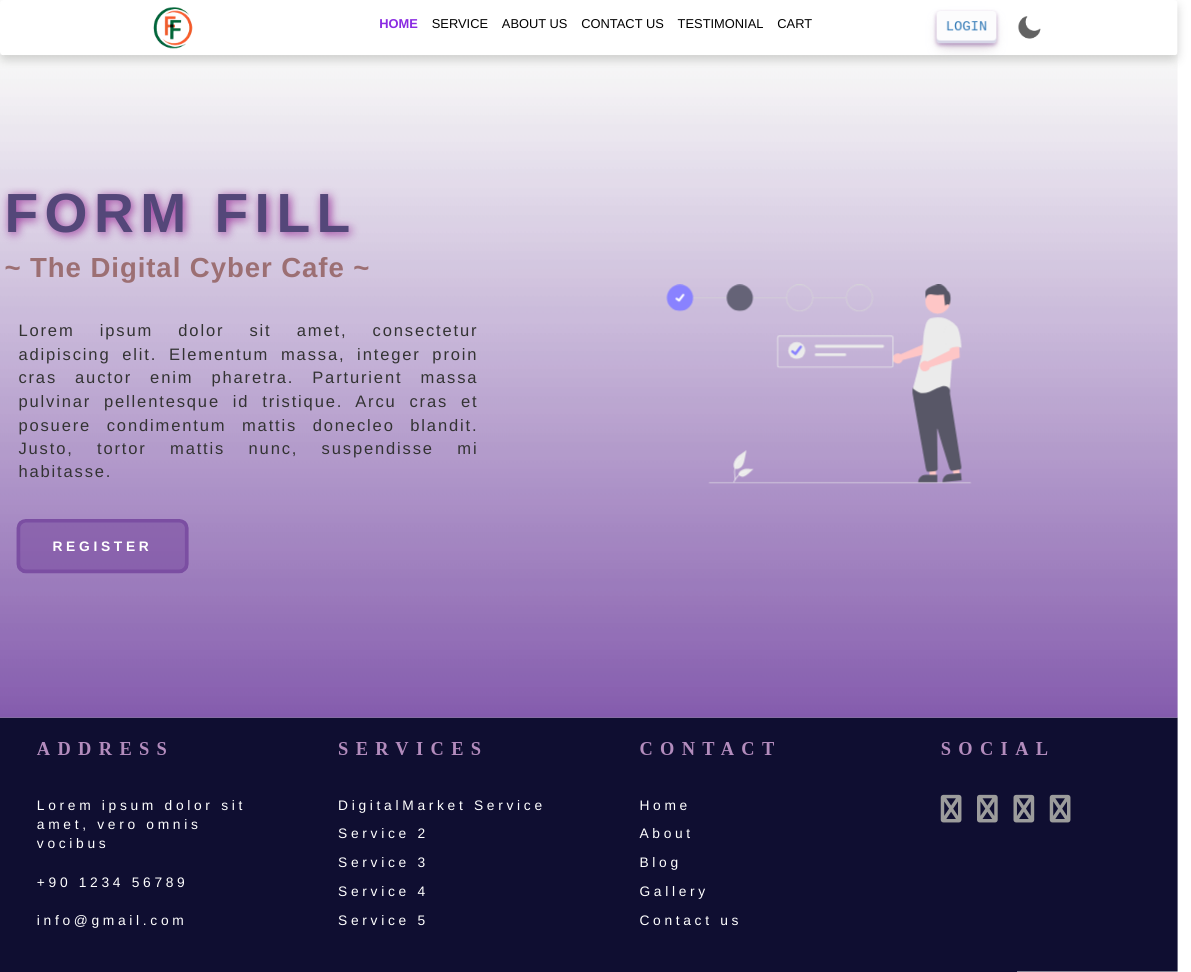
Repository: codervivek5/Formfil
Page: index.html
These files come from the project's save history. The page is drawn as it stood at one moment and after the next save; the edit follows.
The browser window is 1280 px wide. The page is 1295 px wide, so the pictures cover 1295 px, including what lies to the right of the window. The pictures show the whole page, at 92% of full size.
Some web fonts or font styles are not loaded; a fallback is used.

Above is the page before, as saved 2023-03-04 21:14:05.

### index.html
<!DOCTYPE html>
<html lang="en">

<head>
	<meta charset="UTF-8" />
	<meta http-equiv="X-UA-Compatible" content="IE=edge" />
	<meta name="viewport" content="width=device-width, initial-scale=1.0" />
	<title>Home-FormFil</title>
	<link rel="stylesheet" href="style/style.css" />
     <link rel="stylesheet" href="style/theme.css">

	<link rel="stylesheet" href="https://maxcdn.bootstrapcdn.com/bootstrap/3.4.1/css/bootstrap.min.css">
	<script src="https://ajax.googleapis.com/ajax/libs/jquery/3.6.0/jquery.min.js"></script>
     <script src="https://maxcdn.bootstrapcdn.com/bootstrap/3.4.1/js/bootstrap.min.js"></script>

	<link rel="stylesheet" href="https://fonts.googleapis.com/css?family=Trirong" />
	<link rel="icon" type="image/x-icon" href="./img/crop_logo.png" />
	<link rel="stylesheet" href="https://cdnjs.cloudflare.com/ajax/libs/font-awesome/6.2.1/css/all.min.css">
</head>

<body>

    <div class="loader">
          <img class= "imgload" src="img/logo.png"  alt="">
     </div>

     <header class="navbar">
      <a href="index.html"><img class="logo" src="img/logo.png" width="100px" height="100px" /></a>

      <div class="navbar-opt">
        <ul class="navbar-list">
          <li><a href="index.html" class="nav-link active">HOME</a></li>
          <li><a href="pages/service.html" class="nav-link">SERVICE </a></li>
          <li><a href="pages/about_us.html" class="nav-link">ABOUT US </a></li>
          <li><a href="pages/contact-us.html" class="nav-link">CONTACT US </a></li>
          <li><a href="pages/testimonial.html" class="nav-link">TESTIMONIAL</a></li>
          <li><a href="pages/cart.html" class="nav-link">CART</a></li>
        </ul>
      </div>

      <div class="fixed-buttons">
        <button><a href="pages/login.html" class="lgn">LOGIN</a></button>
        <img src="img/moon.png" id="icon">
      </div>

      <div class="mobile-menu">
        <ion-icon name="menu-outline" class="menu-icon"></ion-icon>
        <ion-icon name="close-outline" class="menu-icon"></ion-icon>
      </div>

     </header>

	<div class="main">

		<div class="container">
			<div class="content animated fadeInLeft">
				<h1>FORM FILL</h1>
				<h2>~ The Digital Cyber Cafe ~</h2>
				<p class="para">
					Lorem ipsum dolor sit amet, consectetur adipiscing elit.
          Elementum massa, integer proin cras auctor enim pharetra.
					Parturient massa pulvinar pellentesque id tristique.
          Arcu cras et posuere condimentum mattis donecleo blandit.
          Justo, tortor mattis nunc, suspendisse mi habitasse.
				</p>
				<div class="btn">
					<a href="pages/signup.html"> <button class="btn1 button">REGISTER</button></a>
				</div>
			</div>
			<div class="shipp animated fadeInRight">
				<img src="img/svg.svg" />
        <!-- <img src="img/formfilSvg.svg" /> -->
			</div>
		</div>
	</div>

<!-- footer section -->
<footer>
    <div>
        <div class="row">
            <div class="col-lg-3 col-md-5 col-sm-4 col-xs-12">
                <ul class="adress">
                     <span>Address</span>
                     <li>
                        <p>Lorem ipsum dolor sit amet, vero omnis vocibus</p>
                      </li>

                      <li>
                        <p>+90 1234 56789</p>
                      </li>

                      <li>
                        <p>info@gmail.com</p>
                      </li>
                 </ul>
            </div>
            <div class="col-lg-3 col-md-5 col-sm-4 col-xs-12">
               <ul class="service">
                    <span>Services</span>
                    <li>
                       <a href="#">DigitalMarket Service</a>
                     </li>

                     <li>
                        <a href="#">Service 2</a>
                     </li>

                     <li>
                       <a href="#">Service 3</a>
                     </li>

                     <li>
                        <a href="#">Service 4 </a>
                     </li>

                     <li>
                       <a href="#">Service 5</a>
                    </li>
               </ul>
           </div>
            <div class="col-lg-3 col-md-3 col-sm-4 col-xs-12">
                <ul class="contact">
                     <span>Contact</span>
                     <li>
                        <a href="index.html">Home</a>
                      </li>

                      <li>
                         <a href="pages/about_us.html">About</a>
                      </li>

                      <li>
                        <a href="#">Blog</a>
                      </li>

                      <li>
                         <a href="#">Gallery </a>
                      </li>

                      <li>
                        <a href="pages/contact-us.html">Contact us</a>
                     </li>
                </ul>
            </div>

            <div class="col-lg-3 col-md-3 col-sm-4 col-xs-12">
               <ul class="social">
                    <span>Social</span>
                    <li>
                         <a href="https://www.facebook.com/codervivek"  target="_blank"><i class="fa fa-facebook fa-2x"></i></a>
                    </li>

                    <li>
                         <a href="https://github.com/codervivek5" target="_blank"><i class="fa fa-github fa-2x"></i></a>
                    </li>

                    <li>
                         <a href="https://www.linkedin.com/in/codervivek/" target="_blank"><i class="fa fa-linkedin fa-2x"></i></a>
                    </li>

                    <li>
                         <a href="https://twitter.com/codervivek5" target="_blank"><i class="fa fa-twitter fa-2x"></i></a>
                    </li>

                    <li>
                         <a href="https://www.youtube.com/codervivek" target="_blank"><i class="fa fa-youtube-play fa-2x"></i></a>
                   </li>
                  </ul>
            </div>
       </div>
    </div>
    <button class="back-to-top hidden">
     <svg
     xmlns="http://www.w3.org/2000/svg"
     class="back-to-top-icon"
     fill="none"
     viewBox="0 0 24 24"
     stroke="currentColor"
   >
     <path
       stroke-linecap="round"
       stroke-linejoin="round"
       stroke-width="2"
       d="M7 11l5-5m0 0l5 5m-5-5v12"
     />
   </svg></button>
</footer>


<script>

     // Javascript Code for Dark Mode Switch
	var icon = document.getElementById("icon");
	icon.onclick = function(){
		document.body.classList.toggle("dark-mode");
		if (document.body.classList.contains("dark-mode")){
			icon.src="img/sun.png";
		}
		else {
			icon.src="img/moon.png";
		}
	}
  //javascript for loader
  $(document).ready(function() {
      // Animate loader off screen
   setTimeout(function() {
    $(".loader").fadeOut("slow");
   }, 0);
  });
      // Javascript Code for Scroll to top Button
      const showOnPx = 100;
      const backToTopButton = document.querySelector(".back-to-top")

     const scrollContainer = () => {
       return document.documentElement || document.body;
      };

 document.addEventListener("scroll", () => {
   if (scrollContainer().scrollTop > showOnPx) {
     backToTopButton.classList.remove("hidden")
   } else {
     backToTopButton.classList.add("hidden")
   }
 })
 const goToTop = () => {
   document.body.scrollIntoView({
     behavior: "smooth",
   });
 };
 backToTopButton.addEventListener("click", goToTop);

 const mobile_nav= document.querySelector('.mobile-menu');
const nav_header= document.querySelector(".navbar");

const toggleNav = () =>{
  nav_header.classList.toggle("switchOn");
}

mobile_nav.addEventListener('click', () => toggleNav());

</script>
<script type="module" src="https://unpkg.com/ionicons@5.5.2/dist/ionicons/ionicons.esm.js"></script>
<script nomodule src="https://unpkg.com/ionicons@5.5.2/dist/ionicons/ionicons.js"></script>
</body>
</html>

### style/style.css
@import url('https://fonts.googleapis.com/css2?family=Tilt+Prism&display=swap');

body{
	margin:0;
	padding:0;
	background:black;
font-family: 'Times New Roman', Times, serif;
overflow-x: hidden;
}
.main{
	position: relative;
	height:100%;
	width:100%;
	background-position: center;
	background-repeat: no-repeat;
	background-size: cover;
	opacity: 0.8;

}
.navbar{
    padding: 0 !important;
    padding: 0 3rem;
    height: 6rem;
    display: flex;
    justify-content: space-between;
    align-items: center;
    margin-bottom: 0 !important;
    box-shadow: 0px 5px 10px #48464640 !important;
    z-index: 999;
}

.navbar-opt{
    transition: all 0.5s;
  }

  .navbar-list{
    display: flex;
    gap: 1.5rem;
    list-style: none;
  }

  .fixed-buttons{
    display: flex;
    justify-content: center;
    align-items: center;
    column-gap: 1rem;
  }

  .active{
    font-weight: 700 !important;
  }

  .nav-link:link,
.nav-link:visited {
  display: inline-block;
  text-decoration: none;
  color: black;
}

.mobile-menu{
  display: none;
  background: transparent;
  cursor: pointer;
}

.menu-icon{
  width: 3.2rem;
  height: 3.2rem;
  z-index: 1000;
}

.menu-icon[name="close-outline"]{
  display: none;
}

.fixed-buttons button{
  align-items: center;
  appearance: none;
  background-color: #FCFCFD;
  border-radius: 4px;
  border-width: 0;
  box-shadow: #7b378e7b 0 2px 4px,#c1b6c4a8 0 7px 13px -3px,#D6D6E7 0 -3px 0 inset;
  box-sizing: border-box;
  color: #36395A;
  cursor: pointer;
  display: inline-flex;
  font-family: "JetBrains Mono",monospace;
  height: 3.5rem;
  justify-content: center;
  line-height: 1;
  list-style: none;
  overflow: hidden;
  padding-left: 1rem;
  padding-right: 1rem;
  position: relative;
  text-align: left;
  text-decoration: none;
  transition: box-shadow .15s,transform .15s;
  user-select: none;
  -webkit-user-select: none;
  touch-action: manipulation;
  white-space: nowrap;
  will-change: box-shadow,transform;
  font-size: 1.5rem;
}

.fixed-buttons button:focus {
    box-shadow: #D6D6E7 0 0 0 1.5px inset, rgba(45, 35, 66, 0.4) 0 2px 4px, rgba(45, 35, 66, 0.3) 0 7px 13px -3px, #D6D6E7 0 -3px 0 inset;
  }

  .fixed-buttons button:hover {
    box-shadow: rgba(45, 35, 66, 0.4) 0 4px 8px, rgba(45, 35, 66, 0.3) 0 7px 13px -3px, #D6D6E7 0 -3px 0 inset;
    transform: translateY(-2px);
  }

  .fixed-buttons button:active {
    box-shadow: #D6D6E7 0 3px 7px inset;
    transform: translateY(2px);
  }

@media (max-width:1220px){
    .navbar-list{
      gap: 0.3rem;
    }
  }

  @media (max-width:1030px){
    .mobile-menu{
      display: block;
    }

    .navbar{
      padding: 0 1rem;
      position: relative;
    }

    .navbar-opt{
      width: 100vw;
      height: 100vh;
      background-color: #484646dd;
      position: absolute;
      top: 0;
      left: 0;
      display: flex;
      justify-content: center;
      /* transform: translateY(100%); */
      transition: all 0.5s linear;
      opacity: 0;
      visibility: hidden;
      pointer-events: none;
    }

    .navbar-list{
      flex-direction: column;
      align-items: center;
      justify-content: center;
      font-size: 1.7rem;
      font-weight: 500;
    }

    .switchOn .navbar-opt{
      opacity: 1;
      visibility: visible;
      pointer-events: auto;
    }

    .switchOn .mobile-menu .menu-icon[name="close-outline"]{
      display: block;
    }

    .switchOn .mobile-menu .menu-icon[name="menu-outline"]{
      display: none;
    }

  }

  .nav-link:hover{
    color: grey !important;
  }

    /* ____________________________________________________________________________________________________________ */

.container{
    display: flex;
    justify-content: space-between;
    align-items: center;
    position: relative;
    top: 20vh;
    padding: 0px 25px;
}
.shipp{
  padding-left: 50px;
}
.shipp img{
    width: 60vh;
}
.content{
  display: flex;
  flex-direction: column;
  margin-left: -110px;
}
.content h1{
    color: #2a1958;
    text-shadow: 2px 2px 10px purple;
    font-size: 6rem;
    letter-spacing: 7px;
    margin-top: -5px;
    font-weight: bold;
}
.content h2{
  color: rgba(0, 0, 0, 0.87);
	width:100%;
  font-weight: bold;
  margin-top: -1px;
  letter-spacing: 1px;
}
.content .para{
  color: black;
	width:100%;
  text-align: justify;
  font-size: 18px;
  margin-top: 30px;
  padding-left: 60px;
  letter-spacing: 2px;
  font-weight: 500;

}
.content .btn{
  text-align: left;
  margin-left: 45px;
  margin-top: 20px;
}
.content button{
    padding: 15px 35px;
    border-radius: 10px;
    border: none;
    background-color: rgba(90, 34, 139,0.6) !important;
    border: 4px solid rgba(90, 34, 139);
    color: white !important;
    font-weight: bold !important;
    letter-spacing: 4px;
    font-size: 15px !important;
    transition: transform .2s;
}
.btn1:hover{
  transform: scale(1.15);
  background-color: rgba(90, 34, 139,0.2) !important;
  color: white !important;
}

@media only screen and (max-width: 1300px){
    .shipp img{
      width: 50vw;
      height: 30vh;
  }
  }

  @media only screen and (max-width: 500px){
    .container{
      display: flex;
      flex-direction: column;
      padding: 0 !important;
      margin: 0 !important;
    }
    .content{
      width: 100vw;
      display: flex;
      flex-direction: column;
      justify-content: center;
      align-items: center;
      padding: 0 !important;
      margin: 0 !important;
    }
    .shipp img{
      width: 50vw;
      height: 40vh;
  }
  .content h1{
    font-size: 3rem;
  }
  .content h2{
    font-size: 2rem;
  }
  .content .para{
    font-size: 1.5rem;
  }
  }
/* footer */
footer{
     background-color: #0f0e31;
     padding:20px 0px;
     z-index: 1;
}

footer ul li{
    padding:5px 0px;
}

.adress span , .contact span , .social span, .service span{
   color: #FFF;
   font-weight: 800;
   padding-bottom: 10px;
   margin-bottom: 20px;
   display: block;
   text-transform: uppercase;
   font-size: 20px;
   letter-spacing: 3px;
}

.adress li p , .contact li a , .social li a, .service li a{
    color:#FFF;
    letter-spacing: 2px;
    text-decoration:none;
    font-size:15px;
    font-style: sans-serif;
}

.social li{
    float:left;
}

.adress , .contact , .social , .service{
    list-style: none;
}

.fa{
    color:#9c9c9c;
    margin-right: 15px;
    font-size:24px;
}
.service span{
    letter-spacing: 8px;
    font-family:'Tilt Prism', cursive;
    color:rgb(179,140,189);
}
.contact span{
    letter-spacing: 8px;
    font-family: 'Tilt Prism', cursive;
    color:rgb(179,140,189);

}
.adress span{
    letter-spacing: 8px;
    font-family:'Tilt Prism', cursive;
    color:rgb(179,140,189);
}
.social span{
    letter-spacing: 8px;
    font-family:'Tilt Prism', cursive;
    color:rgb(179,140,189);
}
.service a{
    letter-spacing: 4px !important;
    position: relative;
    transition: all 0.5s ease;
    -webkit-transition: all 0.5s ease;
}
.service a:hover {
    color: rgb(137,130,255) !important;
    transition: all 1s ease;
    -webkit-transition: all 1s ease;
}

 .service a:before, .service a:after {
  content: '';
  position: absolute;
  width: 0%;
  height: 1px;
  bottom: -1px;
  background:rgb(204,214,246);
}

.imgload{
	height: 25%;
	width: 15%;

}
.loader{
    position: fixed;
    z-index: 1;
    top: 0;
    left: 0;
    background: #7b378ec4;
    height: 100%;
    width: 100%;
    display: flex;
    justify-content: center;
    align-items: center;
  }

  .loader.hidden{
    animation: fadeOut 2s forwards;
  }
  @keyframes fadeOut {
    100%{
      opacity: 100%;
      visibility: hidden;
    }
  }



.adress p{
    letter-spacing: 4px !important;
    position: relative;
    transition: all 0.5s ease;
    -webkit-transition: all 0.5s ease;
}
.adress p:hover {
    color: rgb(14, 214, 3) !important;
    transition: all 1s ease;
    -webkit-transition: all 1s ease;
}
.contact a{
    letter-spacing: 4px !important;
    position: relative;
    transition: all 0.5s ease;
    -webkit-transition: all 0.5s ease;
}
.contact a:hover {
    color: rgb(212, 1, 227) !important;
    transition: all 1s ease;
    -webkit-transition: all 1s ease;
}
.social i{
    position: relative;
}
.social i:hover {
    color: rgb(15, 3, 252) !important;
    transition: all 1s ease;
    -webkit-transition: all 1s ease;
}
.back-to-top {
    position: fixed;
    right: 2rem;
    bottom: 2rem;
}
.hidden {
    display: none;
        opacity: 0%;

  }
.back-to-top {
    position: fixed;
    right: 2rem;
    bottom: 2rem;
    border-radius: 100%;
    background: gray;
    padding: 1.5rem;
    border: none;
    cursor: pointer;
    opacity: 100%;
    transition: opacity 0.5s;
  }
  .back-to-top-icon {
    width: 2rem;
    height: 2rem;
    color: white;
  }
  .back-to-top:hover {
    opacity: 60%;
  }

.footerpart{
	text-align: center;
}
.animated {
  -webkit-animation-duration: 5s;
  animation-duration: 5s;
  -webkit-animation-fill-mode: both;
  animation-fill-mode: both;
}

@-webkit-keyframes fadeInLeft {
  0% {
     opacity: 0;
     -webkit-transform: translateX(-100px);
  }
  100% {
     opacity: 1;
     -webkit-transform: translateX(0);
  }
}
.fadeInLeft {
  -webkit-animation-name: fadeInLeft;
  animation-name: fadeInLeft;
}


@-webkit-keyframes fadeInRight {
  0% {
     opacity: 0;
     -webkit-transform: translateX(100px);
  }
  100% {
     opacity: 1;
     -webkit-transform: translateX(0);
  }
}

.fadeInRight {
  -webkit-animation-name: fadeInRight;
  animation-name: fadeInRight;
}



    /* ____________________________________________________________________________________________________________ */

### style/theme.css
:root{
	--color--main: linear-gradient(rgba(244, 245, 243, 0.712),rgb(102, 51, 153));
	--color--footer: rgb(119, 5, 100);
	--color--h1: #2a1958;
	--color--h2: rgba(122, 60, 60, 0.87);
	--color--p: black;
	--color--btn: #2a1958;
	--color--nav: black;
	--color--nav_before:#2a1958;
	--color--customnav: white;
}
.dark-mode{
	--color--main: linear-gradient(#4b075ac4,rgba(28, 1, 41, 0.712));
	--color--footer: rgb(65, 3, 55);
	--color--h1: rgb(255, 255, 255);
	--color--h2: rgb(233, 233, 233);
	--color--p: white;
	--color--btn: #130735;
	--color--nav: rgb(215, 244, 248);
	--color--nav_before:rgb(215, 244, 248);
	--color--customnav: rgb(174, 147, 180);
}
#icon{
	width: 30px;
	cursor: pointer;
	margin: 10px;
}
.main{
	position: relative;
	height:100vh;
	width:100%;
	background:var(--color--main);
	background-position: center;
	background-repeat: no-repeat;
	background-size: cover;
	opacity: 0.8;
}
.navbar{
	background-color: var(--color--customnav);
}

.nav-link{
	color: var(--color--p) !important;
}

.active{
	color: blueviolet !important;
}
.content h1{
    color:var(--color--h1);
margin-left: 8%;
}
.content h2{
    color: var(--color--h2);
    margin-left: 8%;
}
.content .para{
    color: var(--color--p);
}
.content .btn1 {
    background-color: var(--color--btn);
    color:honeydew;

}
.footer{
	background-color:var(--color--footer);
	display: block;
	justify-content: center;
	align-items: center;
	width: 100%;
	height: 40vh;

}

After the next save:
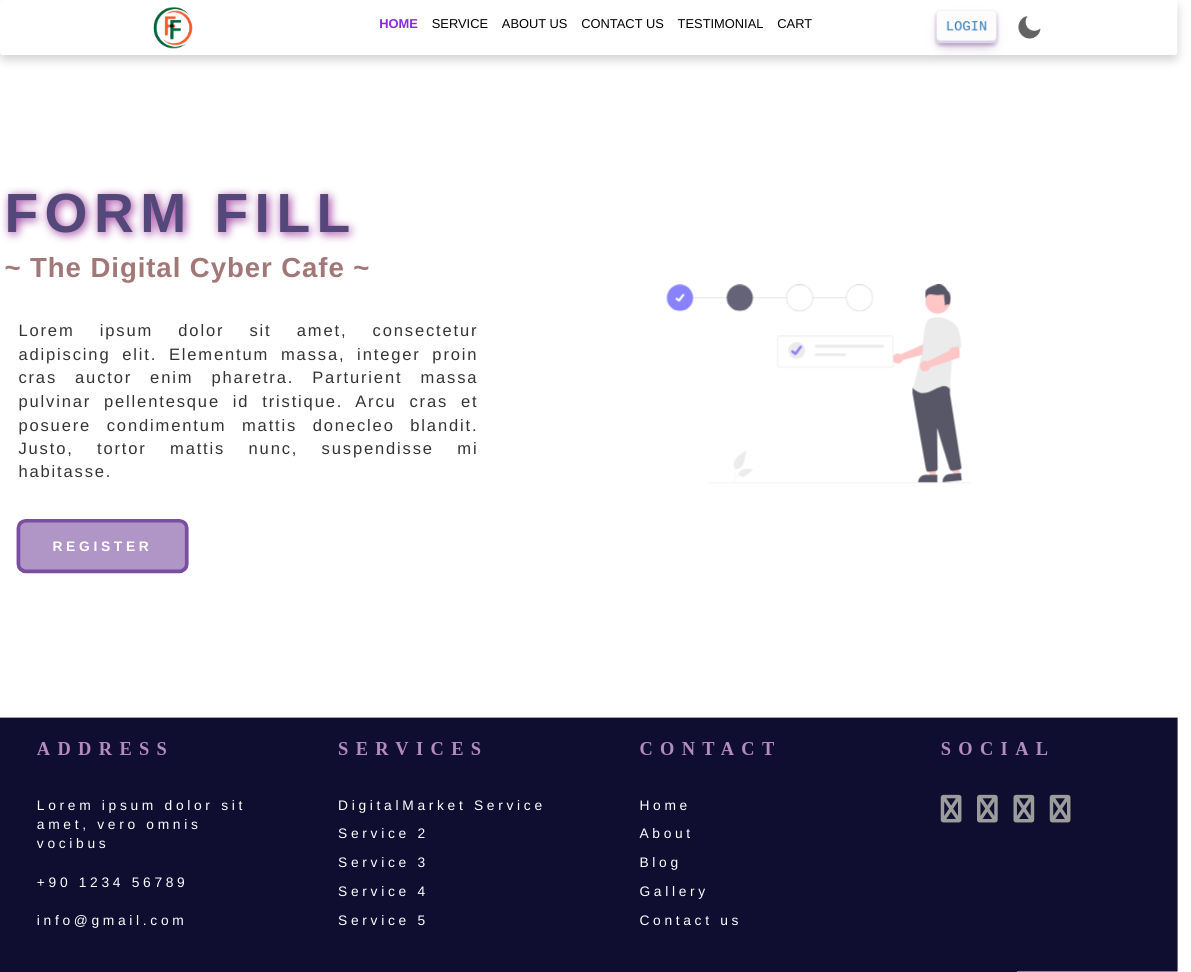
Saved 50 s later.
--- a/style/theme.css
+++ b/style/theme.css
@@ -1,5 +1,5 @@
 :root{
-	--color--main: linear-gradient(rgba(244, 245, 243, 0.712),rgb(102, 51, 153));
+	--color--main: linear-gradient(rgba(244, 245, 243, 0.712),rgb(102, 51, 153) !important);
 	--color--footer: rgb(119, 5, 100);
 	--color--h1: #2a1958;
 	--color--h2: rgba(122, 60, 60, 0.87);

After the save that followed:
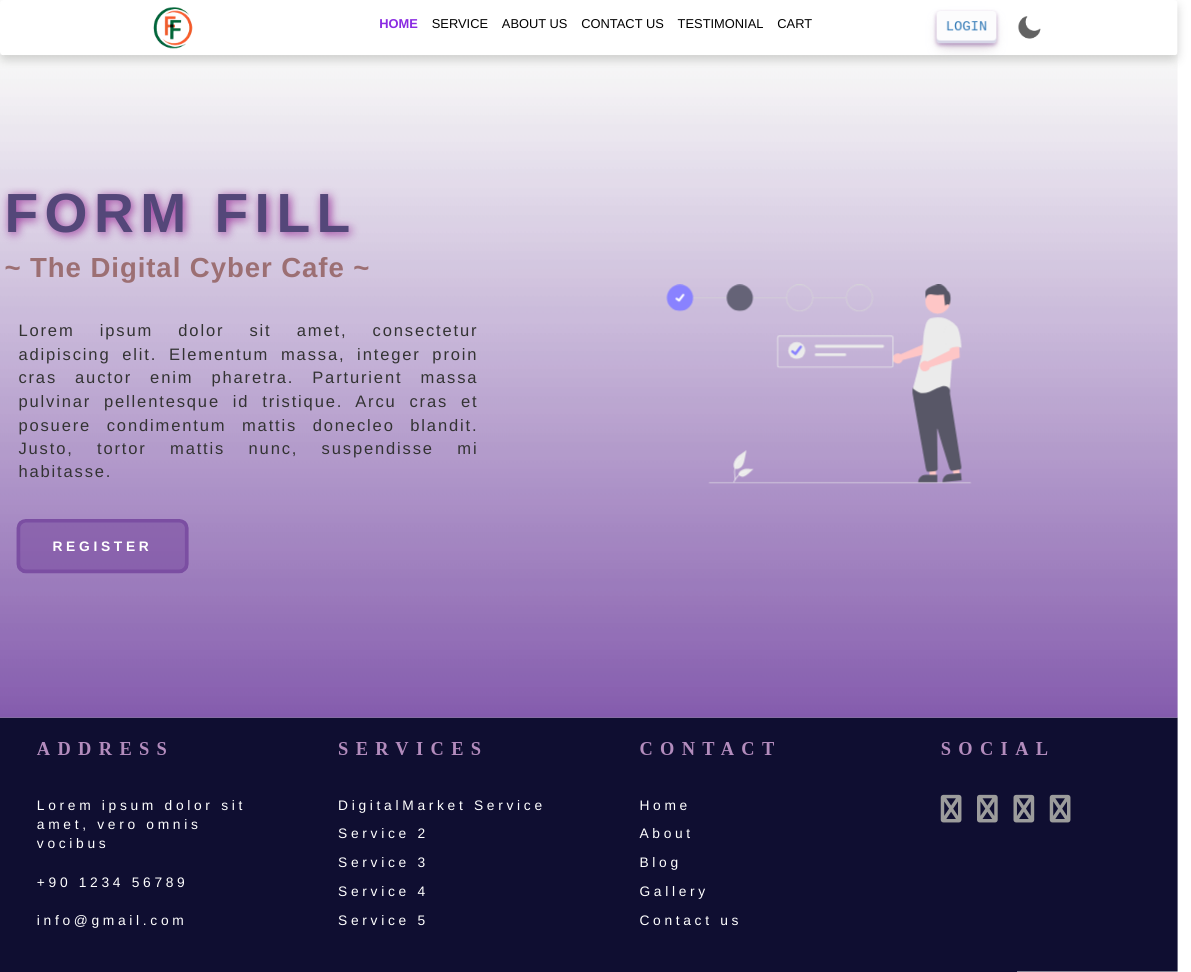
Saved 15 s later.
--- a/style/theme.css
+++ b/style/theme.css
@@ -1,5 +1,5 @@
 :root{
-	--color--main: linear-gradient(rgba(244, 245, 243, 0.712),rgb(102, 51, 153) !important);
+	--color--main: linear-gradient(rgba(244, 245, 243, 0.712),rgb(102, 51, 153));
 	--color--footer: rgb(119, 5, 100);
 	--color--h1: #2a1958;
 	--color--h2: rgba(122, 60, 60, 0.87);
